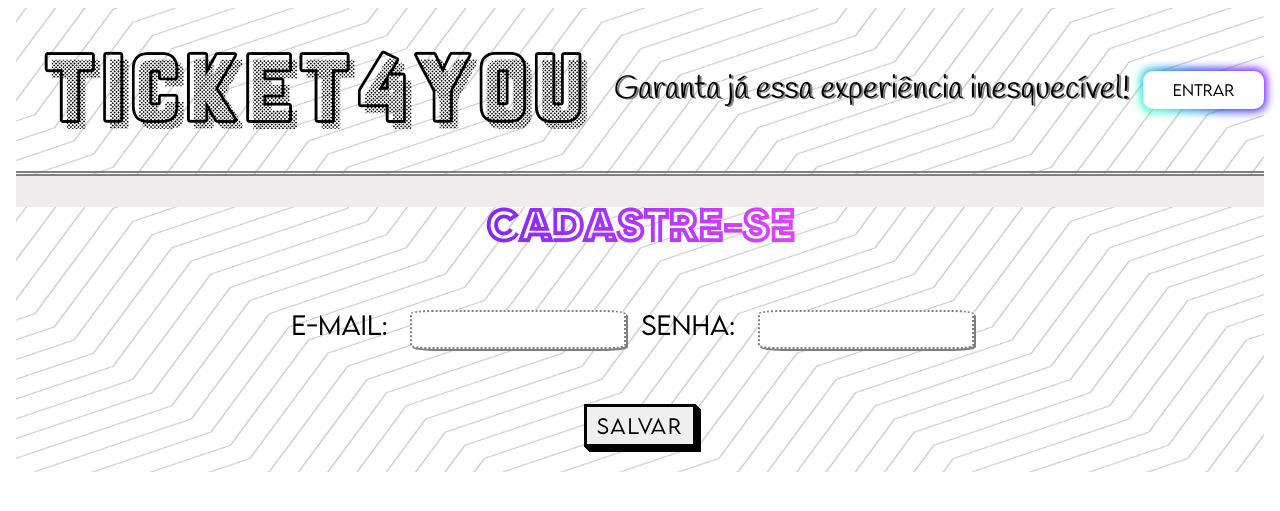
Repository: hellengurgaczz/projeto-DSA
Page: /login/cadastro
The author's editor kept a copy of each file at every save. The page is drawn from the files as they stood at one save, then again after the next save.
The browser window is 1280 px wide. The pictures show the whole page.
The project was rebuilt for these pictures with package versions that can differ from the ones it lists, and the page was loaded fresh each time. Also part of the build but not shown: angular.json, src/app/ingressos/templates/cadastrar/cadastrar.component.ts, src/app/models/ingresso.model.ts, src/app/services/ingresso.service.ts, src/app/compra/comprar-ingresso/comprar-ingresso.component.ts, src/app/models/compra.model.ts, src/app/services/compra.service.ts, src/app/ingressos/templates/deletar/deletar.component.ts and 3 more.

Above is the page before, as saved 2022-05-30 14:29:53.

After the next save:
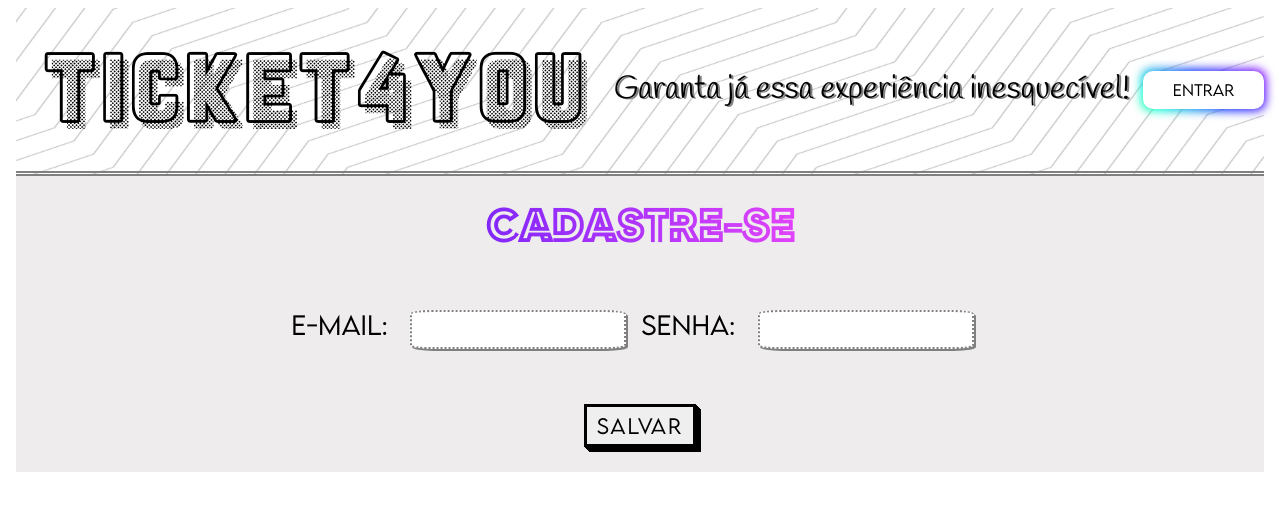
Saved 22 s later.
--- a/src/app/login/login-cadastro/login-cadastro.component.html
+++ b/src/app/login/login-cadastro/login-cadastro.component.html
@@ -1,4 +1,4 @@
-<body>
+<div class="all">
     <div class="cadastrarLogin">
       <h1>CADASTRE-SE</h1>
     </div>
@@ -18,4 +18,4 @@
           <button class="btnSalvarLogin, primary" (click)="salvarLogin()">Salvar</button>
         </div>
   </form>
-</body>
+</div>

After the save that followed:
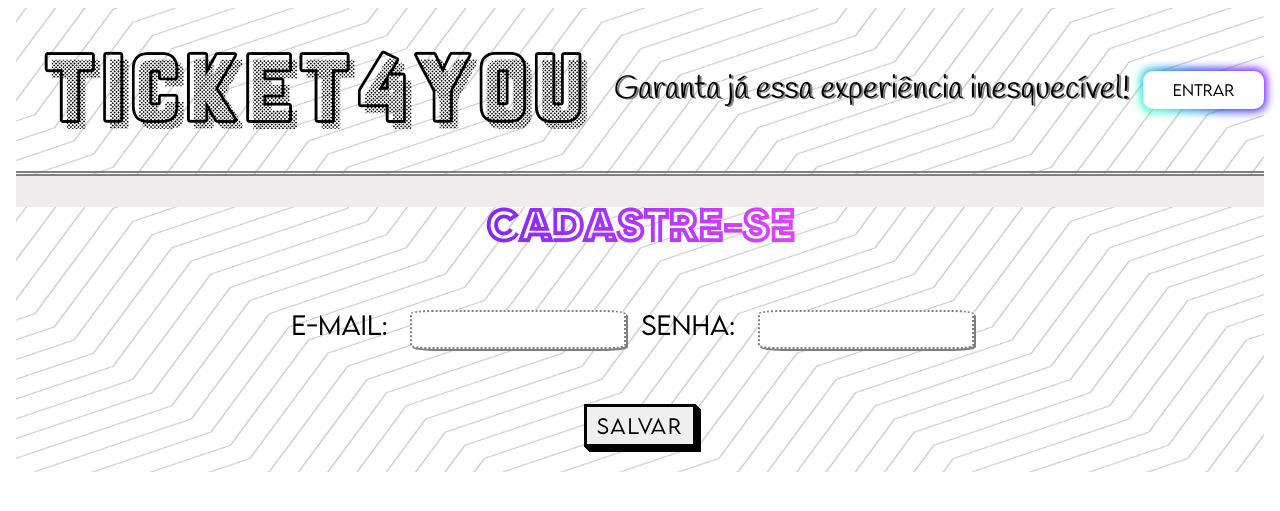
Saved 11 s later.
--- a/src/app/login/login-cadastro/login-cadastro.component.css
+++ b/src/app/login/login-cadastro/login-cadastro.component.css
@@ -26,7 +26,7 @@
   box-shadow: 2px 2px grey;
 }
 
-body{
+.all{
   background-image: url(../fonts/SL_042620_30310_10.jpg);
   background-size: cover;
   margin: 0;
